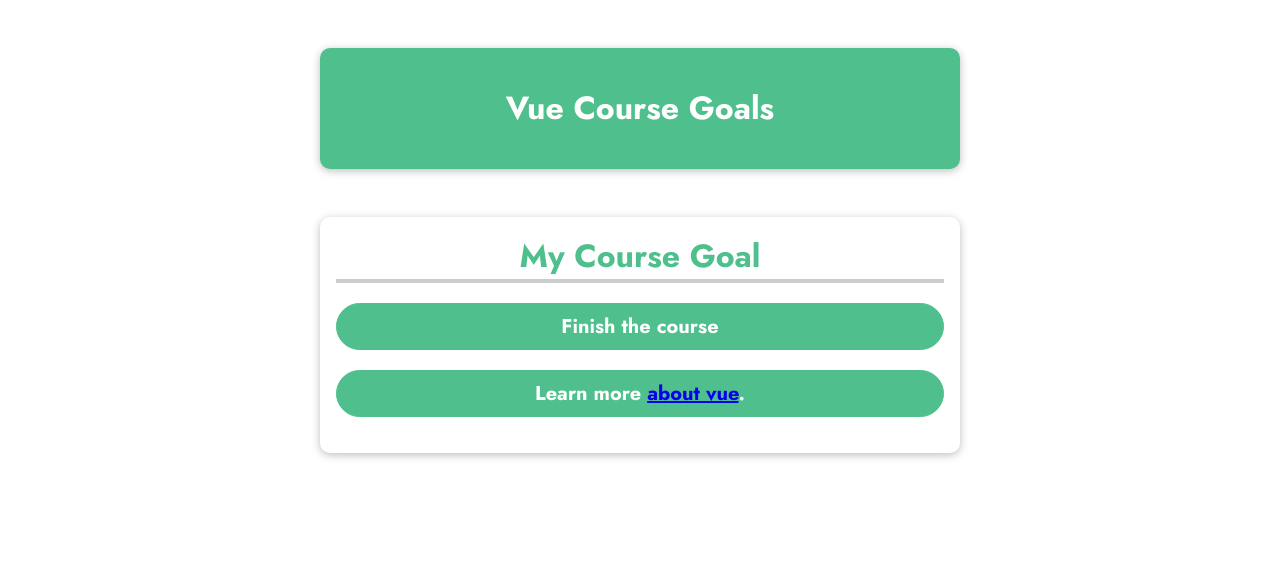
Repository: zmarkoni/Vue-The-Complete-Guide
Page: basics-01-starting-code/index.html
These files come from the project's save history. The page is drawn as it stood at one moment and after the next save; the edit follows.
The browser window is 1280 px wide. The pictures show the whole page.

Above is the page before, as saved 2020-12-29 10:16:09.

After the next save:
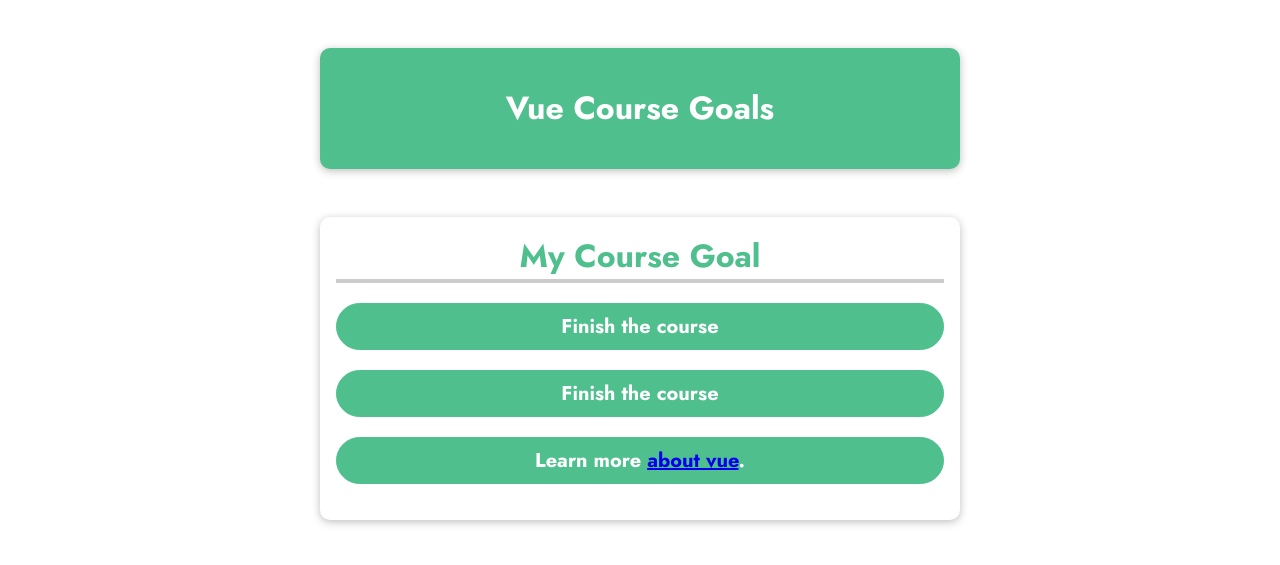
Saved 72 s later.
--- a/basics-01-starting-code/index.html
+++ b/basics-01-starting-code/index.html
@@ -19,6 +19,7 @@
     <section id="user-goal">
       <h2>My Course Goal</h2>
       <p>{{ courseGoal }}</p>
+      <p>{{ courseGoal }}</p>
       <p>Learn more <a v-bind:href="vueLink" target="_blank">about vue</a>.</p>
     </section>
   </body>
